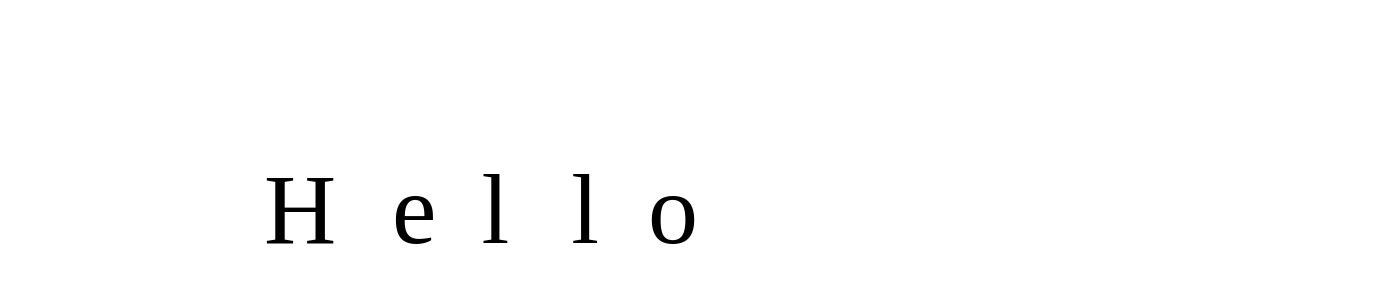
Repository: julihocc/javascript-interview-practice
Page: 01 HTML CSS/Exercise 75/index.html
The author's editor kept a copy of each file at every save. The page is drawn from the files as they stood at one save, then again after the next save.
The browser window is 1280 px wide. The page is 1400 px wide, so the pictures cover 1400 px, including what lies to the right of the window. The pictures show the whole page.

Above is the page before, as saved 2022-09-30 00:26:58.

After the next save:
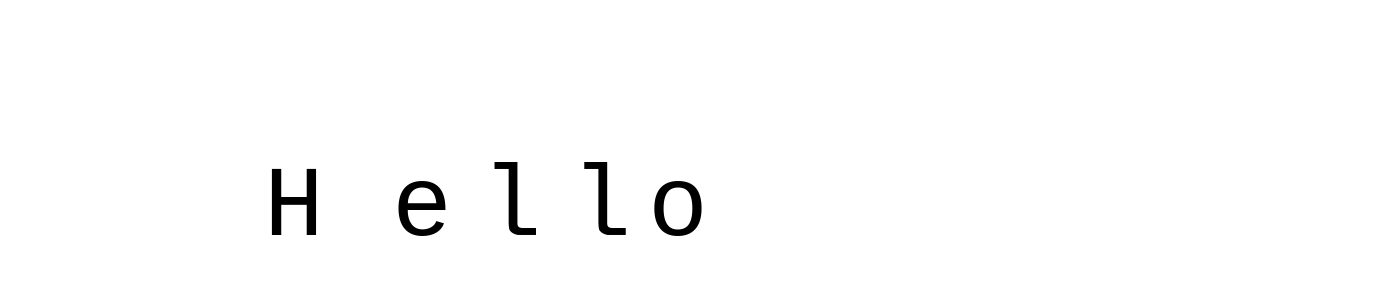
Saved 4 s later.
--- a/01 HTML CSS/Exercise 75/style.css
+++ b/01 HTML CSS/Exercise 75/style.css
@@ -1,6 +1,8 @@
 .wrapper {
     position: relative;
     left: 10vw;
+
+font-family: monospace;
 }
 
 .letter{
